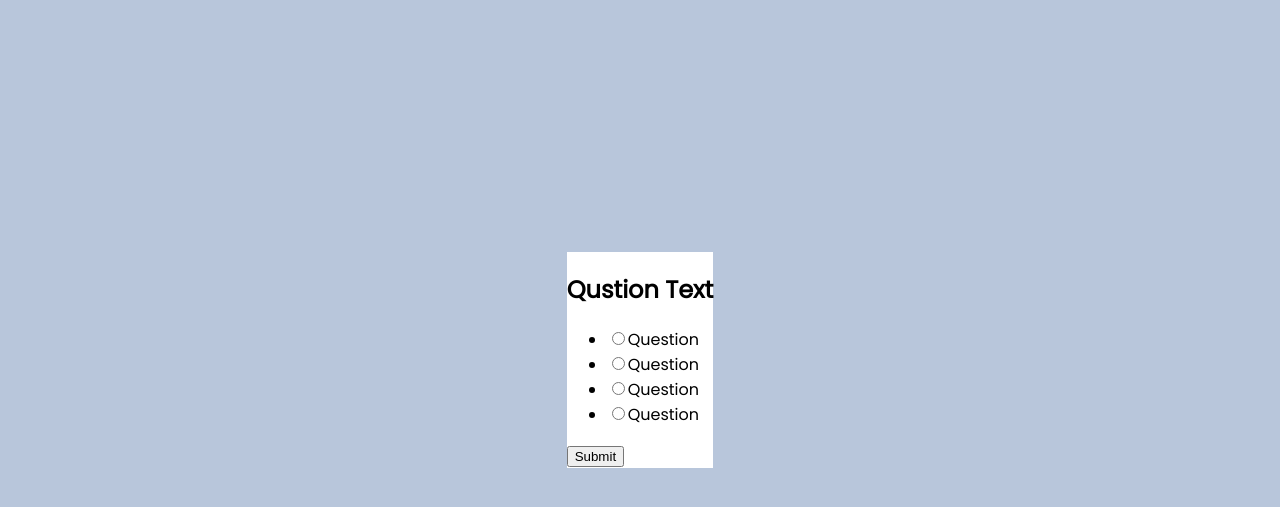
Repository: Abhi2359/Intermediate-projects
Page: Quiz App/index.html
An editor plug-in stored every save of this project. The page is shown before and after the next save, followed by the edit.
The browser window is 1280 px wide. The pictures show the whole page.

Above is the page before, as saved 2023-01-31 13:57:59.

### Quiz App/index.html
<!DOCTYPE html>
<html lang="en">
  <head>
    <meta charset="UTF-8" />
    <meta http-equiv="X-UA-Compatible" content="IE=edge" />
    <meta name="viewport" content="width=device-width, initial-scale=1.0" />
    <title>Quiz App</title>
    <link rel="stylesheet" href="style.css">
  </head>
  <body>
    <div class="quiz-container">
      <h2>Qustion Text</h2>
      <ul>
        <li>
          <input type="radio" name="answer" id="a" /><label for="a"
            >Question</label
          >
        </li>
        <li>
          <input type="radio" name="answer" id="b" /><label for="b"
            >Question</label
          >
        </li>
        <li>
          <input type="radio" name="answer" id="c" /><label for="c"
            >Question</label
          >
        </li>
        <li>
          <input type="radio" name="answer" id="d" /><label for="d"
            >Question</label
          >
        </li>
      </ul>
      <button>Submit</button>
    </div>
  </body>
</html>

### Quiz App/style.css
@import url("https://fonts.googleapis.com/css2?family=Poppins&family=Roboto:wght@300;500;700;900&display=swap");

* {
  box-sizing: border-box;
}

body {
  font-family: "Poppins", sans-serif;
  margin: 0;
 background-color: #b8c6db;
 background-image: linear-gradient(315deg,#b8c6db 0% #f5f7fa 74%);
 min-height: 100vh;
 display: flex;
 align-items: center;
 justify-content: center;
}

.quiz-container{
  background-color: #fff ;
  width: 2;
}

After the next save:
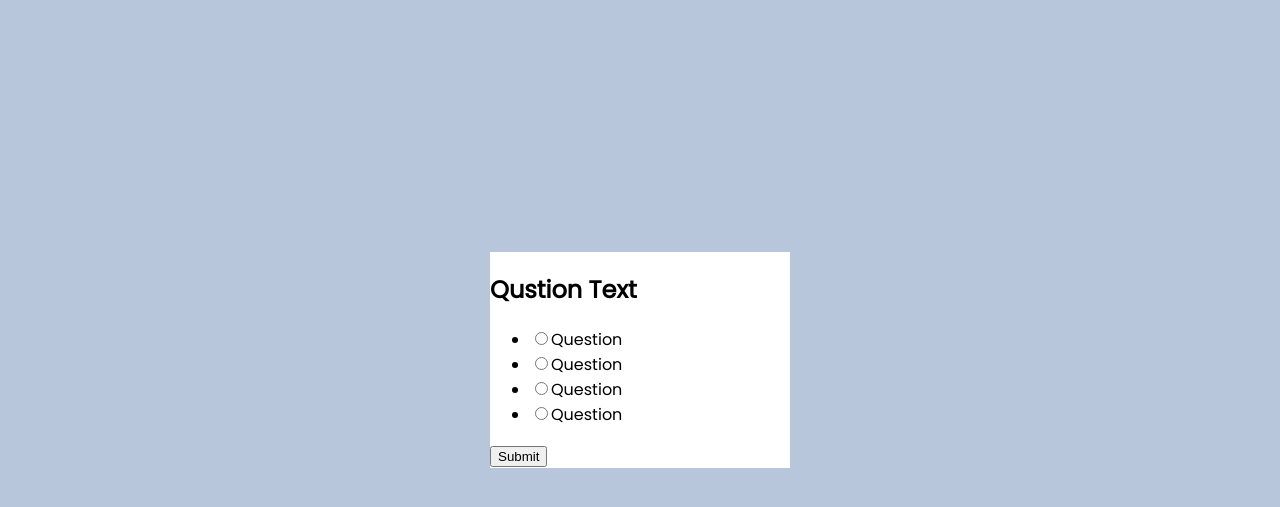
Saved 4 s later.
--- a/Quiz App/style.css
+++ b/Quiz App/style.css
@@ -17,5 +17,5 @@ body {
 
 .quiz-container{
   background-color: #fff ;
-  width: 2;
+  width: 300px;
 }
